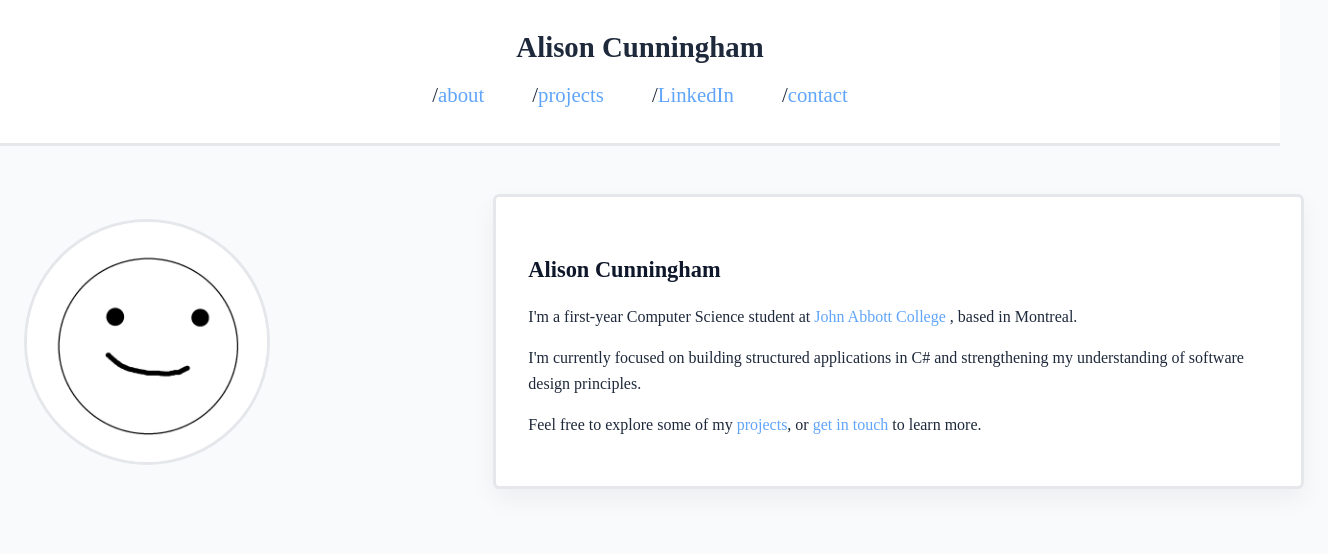
Repository: alison-cunningham/alison-cunningham
Page: index.html
These files come from the project's save history. The page is drawn as it stood at one moment and after the next save; the edit follows.
The browser window is 1280 px wide. The page is 1328 px wide, then 1280 px, so the pictures cover 1328 px, including what lies to the right of the window. The pictures show the whole page.
Some web fonts or font styles are not loaded; a fallback is used.

Above is the page before, as saved 2026-04-22 14:36:15.

After the next save:
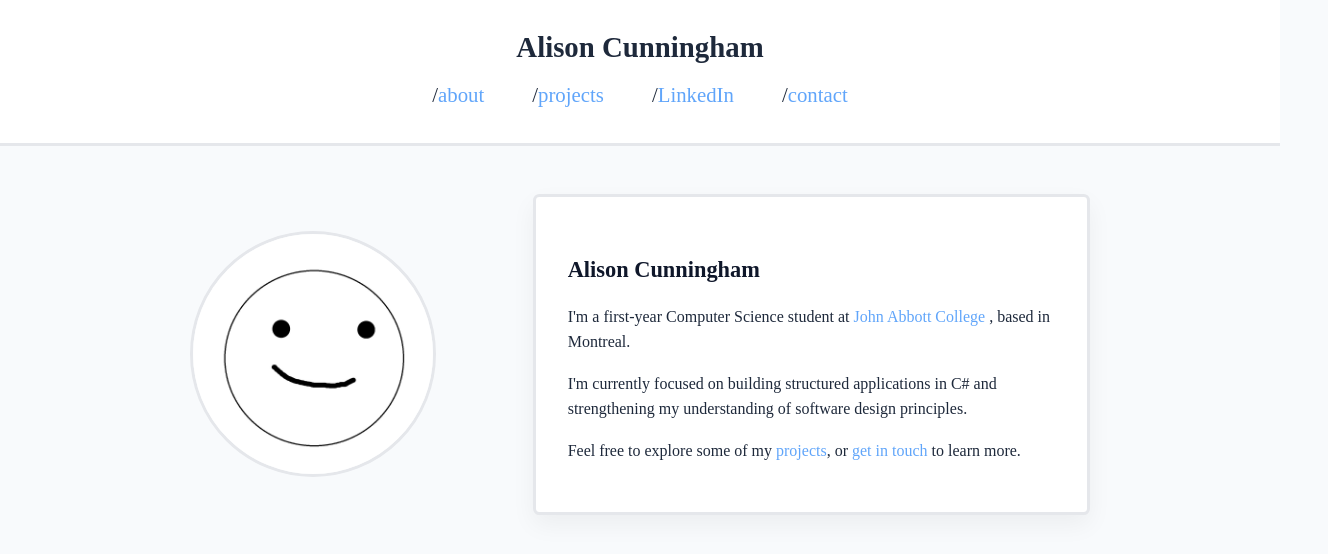
Saved 44 s later.
--- a/styles/index.css
+++ b/styles/index.css
@@ -76,6 +76,8 @@ main{
     gap: 3rem;
     padding: 3rem 1.5rem;
 
+    width: 100%;
+    max-width: 900px;
     margin: 0 auto;
 }
 
